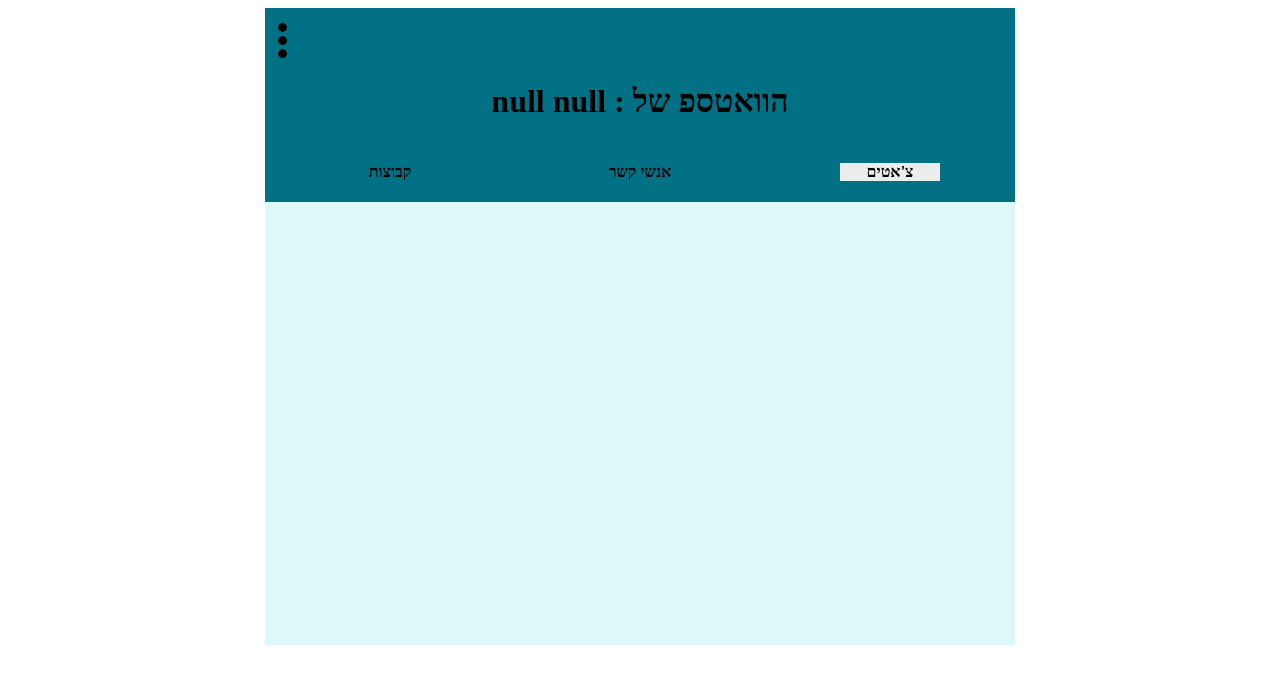
Repository: shlomoYosefi/whatsapp-spring-mongo
Page: whatsapp-client/whatsapp/whatsapp.html
These files come from the project's save history. The page is drawn as it stood at one moment and after a run of saves; the edit follows.
The browser window is 1280 px wide. The pictures show the whole page.
The page's requests for data from a server got no answer.

Above is the page before, as saved 2021-08-11 16:52:46.

### whatsapp-client/whatsapp/whatsapp.html
<!DOCTYPE html>
<html lang="en">

<head>
    <meta charset="UTF-8">
    <meta name="viewport" content="width=device-width, initial-scale=1.0">
    <meta http-equiv="X-UA-Compatible" content="ie=edge">
    <link rel="stylesheet" href="style.css">
    <title>Document</title>
</head>

<body>

    <div class="conteiner">
        <div class="myWhatsapp" >

            <div style="background-color: rgb(2, 113, 133);" >
                <div class="menu">
                    <img id="menu" onclick="menu()" src="../images/burger.png" srcset="">
                    <ul id="ul">
                        <span id="addGroupSpan" style="cursor: pointer" onclick="selectMenue(this.id)">הוסף קבוצה</span>
                    </ul>

                    <div id="addGroup">
                        <div class="nameGroup">
                            <label for="">שם קבוצה:</label>
                            <input id="nameGrup" type="text">
                        </div>
                        <button id="buttonAddGroup" onclick="addGroupName()">הוסף</button>
                    </div>

                    <div class="addUserToGroup">
                        <div id="addUserToMenu">


                        </div>
                    </div>



                </div>
                <h1 id="title" class="title"><b><u></u> </u></b></h1>
                <div class="list-select">
                    <h4 id="group" onclick="selectNav(this.id)">קבוצות</h4>
                    <h4 id="users" onclick="selectNav(this.id)">אנשי קשר</h4>
                    <h4 id="messages" onclick="selectNav(this.id)">צ'אטים</h4>
                </div>
            </div>
            <div id="content" class="content">
            </div>
            <div id="send-message" class="send-message">
                <textarea id="sendText" dir="rtl" name="" id="" cols="30" rows="10"></textarea>
                <button style="width: 99%;height: 30px;" onclick="sendMessage()">שלח</button>
            </div>
        </div>



        <script type="module" src="service.mjs"></script>
        <script src="router.js"></script>
        <script src="functionsToHtml.js"></script>

</body>

</html>

### whatsapp-client/whatsapp/style.css
.myWhatsapp{
    margin: auto;
    text-align: center;
    min-width: 500px;
    max-width: 750px;
    height: 100%;
    position: relative;
}


.title{
    /* padding-top: 30px; */
}

h4{
    cursor: pointer;
}


.content{
    direction: rtl;
    margin: auto;
    background-color: rgb(244, 248, 248);
    min-width: 500px;
    max-width: 750px;
    height: 50vh;
    background-color: rgb(220, 248, 248);
    overflow: auto;
    padding-top: 11px

    /* border: solid 1px; */
}

.menu{
    text-align: left;
    padding-top: 15px
}
#menu{
    width: 35px;
    height: 35px;
    cursor: pointer;
}
#ul{
    box-shadow: 0 4px 8px 0 rgba(0, 0, 0, 0.2), 0 6px 20px 0 rgba(0, 0, 0, 0.19);
    display: none;
    width: 130px;
    min-height: 100px;
    background-color: rgb(188, 199, 199);
    position: fixed;
}
#addGroupSpan{
    padding: 10px;
}


.addUserToGroup{
    background-color: aliceblue;
    width: 60%;
    justify-content: center;
    text-align: center;
}


#addGroup{
    box-shadow: 0 4px 8px 0 rgba(0, 0, 0, 0.2), 0 6px 20px 0 rgba(0, 0, 0, 0.19);
    position: absolute;
    width: 400px;
    height: 235px;
    background-color: rgb(231, 228, 225);
    text-align: center;
    display: none;

}

.nameGroup{
    justify-content: center;
    margin-top: 100px;
    display: flex;
    direction: rtl;
    padding-bottom: 30px;
}

.list-select{
    display: flex;
    justify-content: space-between;
    width: 80%;
    margin: auto;
}

textarea{
    min-width: 99%;
    height: 10vh;
    background-color: rgb(255, 246, 246)
}

.send-message{
    display: none;
}

.msgName{
    display: flex;
    /* padding-bottom: 10px; */
}

.wrapMessage{
    height: 70px;
    cursor: pointer;
    padding-right: 10px;


}

#spanName{
    padding-right: 20px;
    width: 70%;
    text-align: right
}


.msgText{
    width: 40%;
    text-align: right;
    padding: 15px;
}

#spanTextMsg{}

#msgText{
    padding-right: 20px;
}

.time{
    padding-right: 60px;
    display: flex;
    flex-direction: column
}

.wrapMessageMsg{
    min-height:50px ;
    cursor: pointer;
}

.msg{
    display: flex;
    padding-right: 30px;
    max-width: 290px;
    direction: rtl;
    border: solid 1px;
    border-radius: 50px;
    cursor: pointer;
}

.timeMsg{
    width: 40%;
    display: flex;
    flex-direction: column;
    padding: 15px
}
span{
    min-width: 139px;
}
h4{
    width: 100px;
}
.active{
    background-color: rgb(235, 236, 236)
}
#wrapreciver{
    direction: ltr
}
#spanreciver{
    direction: ltr
}


#reciver{
    background-color: rgb(172, 248, 128)
}

### whatsapp-client/whatsapp/service.mjs


// const urlMessages = "http://localhost:30000/messages/"
const senderId = localStorage.getItem("username")
const nameCurrentUser = localStorage.getItem("name") +" " + localStorage.getItem("lastname")

document.getElementById("title").innerHTML += `${nameCurrentUser} : הוואטספ של`


getAllMessages(senderId)

### whatsapp-client/whatsapp/router.js

var xhttp = new XMLHttpRequest();

function routerFunctions(method, url, callBack) {
    xhttp.open(method, url, true);
    xhttp.send();
    console.log("flkgfklfklfkhlf");

    xhttp.onreadystatechange = function () {
        if (this.readyState == 4 && this.status == 200) {
            console.log("request");
            if (callBack) {
                callBack(xhttp.responseText)
            }
        }
    };

}

### whatsapp-client/whatsapp/functionsToHtml.js
// import { getAllMessagesByUserService } from "./service.mjs";

const urlMessages = "http://localhost:8080/api/v1/messages/"
const urlMessagesGroup = "http://localhost:8080/api/v1/messagesGroups/"
const urlUsers = "http://localhost:8080/api/v1/users/";
const urlGroups = "http://localhost:8080/api/v1/group/"


let currentUser = localStorage.getItem("username")
let content = document.getElementById("content")
let sendText = document.getElementById("sendText")
let ul = document.getElementById("ul");
let addGroup = document.getElementById("addGroup");
let addGroupSpan = document.getElementById("addGroupSpan");


let reciver = ""
let nameGroup=""
let users = [];
let allUsers =[]
let allGroups =[]
let messages = [];
let nameUser = "";
let activeNav = ""
let nameReciver=""

selectNav("messages")




function getUsers(val) {
    if(val){
    allUsers =[]
    val = JSON.parse(val);
    for (i in val){
        if(val[i].email == currentUser)continue;
        allUsers.push(val[i])
    }
    writeToHtmlAllUsers();
}
}

function getAllGroupsValues(val){
    allGroups =[]
    val = JSON.parse(val);
    for (i in val){
        allGroups.push(val[i])
    }
    writeToHtmlAllGroups();
}





function getAllMessagesOfSender(val) {
    if(val){
    users = []
    messages = []
    const valParse = JSON.parse(val)
    for (i=valParse.length-1; i>=0; i--) {

        nameSender = ""
        if (valParse[i].receiverId == localStorage.getItem("username")) {
            nameUser = valParse[i].senderId
            nameSender = valParse[i].senderName
        }
        else if (valParse[i].senderId == localStorage.getItem("username")) {
            nameUser = valParse[i].receiverId;
            nameSender = valParse[i].reciverName
        }
        if (users.includes(nameUser)) continue;
        valParse[i].timeString = valParse[i].timeString
        if (valParse[i].text.length > 35) {
            valParse[i].text = valParse[i].text.substring(0, 25) + "  ...  "
        }
        users.push(nameUser)
        valParse[i]["name"] = nameSender

        messages.push(valParse[i])

    }
    writeToHtmlUsers();
}
}


function getAllMessagesOfGroups(val){
    messages =[]
    const valParse = JSON.parse(val)
    for (i in valParse) {
        valParse[i].timeString = valParse[i].timeString
        messages.push(valParse[i])
    }
    writeToHtmlMessages()
}




function getAllMessagesByUser(val) {
    messages = []
    const valParse = JSON.parse(val)
    for (i in valParse) {
        valParse[i].timeString = valParse[i].timeString
        messages.push(valParse[i])
    }
    writeToHtmlMessages();
}


function addGroupName(){
    let textName =document.getElementById("nameGrup").value;
    if(textName !=""){
        addGroup.style.display = "none";
        let dataJson = { "name": textName, "creator": currentUser}
        routerFunctions("POST",`${urlGroups}`,dataJson,);
    }
}


function getCliceGroup(name){
    nameGroup = name
    routerFunctions("GET",`${urlMessagesGroup}getMessagesByGroup?group=${name}`,getAllMessagesOfGroups);
    addGroupSpan.innerHTML ="הוסף חבר לקבוצה"
    addGroupSpan.id = 'addUserToGroup';

    nameReciver =""
}



function getCliceUser(userName,index) {

    routerFunctions("GET", `${urlMessages}getMessages?sender=${currentUser}&reciver=${userName}`, getAllMessagesByUser)

    reciver = userName;
    nameReciver =document.getElementById(`spanName${index}`).innerHTML
    console.log("nameeeee",nameReciver);
    document.getElementById(activeNav).className = "";
    document.getElementById("messages").className = "active"
    activeNav = "messages";

}


function sendMessage() {
    if(nameGroup !=""){
        sendMessageToGroup()
        return
    }
    valueText = sendText.value;
    if(valueText =="") return
    let dataJson = { "text": valueText, "senderId": currentUser, "receiverId": reciver }
    routerFunctions("POST", `${urlMessages}`, getAllMessagesByUser, dataJson)
    sendText.value = "";
}


function sendMessageToGroup() {
    valueText = sendText.value;
    if(valueText =="") return
    let dataJson = { "text": valueText, "senderId": currentUser, "nameGrup": nameGroup }
    routerFunctions("POST", `${urlMessagesGroup}`, getAllMessagesOfGroups, dataJson)
    sendText.value = "";
}


function getAllUsers(){
    routerFunctions("GET",`${urlUsers}`,getUsers);
}


function getAllMessages(sender){
    routerFunctions("GET",`${urlMessages}getMessagesOfSender?sender=${sender}`,getAllMessagesOfSender);
}


function getAllGroups(){
    routerFunctions("GET",`${urlGroups}?sender=${currentUser}`,getAllGroupsValues);
}

function getMessagesAfterDelete(){
    routerFunctions("GET", `${urlMessages}getMessages?sender=${currentUser}&reciver=${reciver}`, getAllMessagesByUser)
}



 function removeMessage(id , currentUser){
    console.log(currentUser,reciver);
     routerFunctions("DELETE",`${urlMessages}?id=${id}&sender=${currentUser}`,getMessagesAfterDelete);
}

function removeMessageGroup(id , currentUser , nameGroup){
    routerFunctions("DELETE",`${urlMessagesGroup}?id=${id}&sender=${currentUser}`,getAllMessagesOfGroups);
}

function addUserGroup(id){
    let dataJson = { "nameGroup": nameGroup, "userName": id, "creator": currentUser }
    routerFunctions("POST", `${urlGroups}addUser`, printResult, dataJson)
}




function selectNav(id) {
    switch (id) {

        case "messages":
                getAllMessages(currentUser)
                nameGroup =""
                addGroupSpan.id = "addGroupSpan"
                addGroupSpan.innerHTML ="הוסף קבוצה"

            break;
        case "group":
                getAllGroups()
                nameGroup =""
                addGroupSpan.id = "addGroupSpan"
                addGroupSpan.innerHTML ="הוסף קבוצה"

            break;
        case "users":
                getAllUsers()
                addGroupSpan.id = "addGroupSpan"
                addGroupSpan.innerHTML ="הוסף קבוצה"

            break;
    }
    document.getElementById("send-message").style.display = "none";
    content.style.height = "60vh";
    activeNav == "" ? "" : document.getElementById(activeNav).className = "";
    document.getElementById(id).className = "active"
    activeNav = id;
}



function deleted(id){

    const select = confirm ("אתה בטוח שברצונך למחוק את זה?")
    if(select){
        if(nameGroup !=""){
            removeMessageGroup(id,currentUser,nameGroup) ;
            return
        }
        removeMessage(`${id}`,currentUser,reciver) ;
}
}


function menu(){
    if(ul.style.display == "block"  || addGroup.style.display == "block" ) {
        ul.style.display = "none";
        addGroup.style.display = "none"
    }
    else ul.style.display = "block";
}

function selectMenue(id){
    if(addGroup.style.display = "block")addGroup.style.display = "none"
    switch(id){
        case "addGroupSpan":
            ul.style.display = "none";
            addGroup.style.display = "block"
            break;
        case "addUserToGroup" :
            document.getElementById("addUserToMenu").style.display = "block"

            dataUser()
            menu()
            break;
    }

}




function printResult(val){
    alert(val);
    return
}




var xhttp = new XMLHttpRequest();

function routerFunctions(method, url, callBack, data) {

    xhttp.open(method, url, true);
    xhttp.setRequestHeader('Content-Type', 'application/json');
    if (data != null) {

        xhttp.send(JSON.stringify(data));
    }
    else {
        xhttp.send();
        xhttp.onreadystatechange = function () {

            if (this.readyState == 4 && this.status == 200) {
                console.log(xhttp.responseText);
                if (callBack) {
                    callBack(xhttp.responseText)
                }
            }
            else if (this.readyState == 4 && this.status > 200){
                printResult(xhttp.responseText)
            }
        }
    };
}












function writeToHtmlUsers() {
    content.innerHTML = "";
    for (let i = 0; i < users.length; i++) {
        console.log(messages[i]);
        content.innerHTML += `<div class="wrapMessage">
        <div id="${users[i]}" class="${users[i]}" onclick="getCliceUser(this.id,${i})">
        <div class="msgName">
            <span id="spanName${i}" style="color:red ;padding-right: 20px;">${messages[i].receiverName}</span>
            <div class="time">
            <span id="spanHour">${messages[i].dateString}</span>
            <span id="spanHour">${messages[i].timeString}</span>
            </div>
        </div>
        <div class="msgText">
            <span id="msgText">${messages[i].text}</span>
            </div>
        </div>
        </div><hr>`
    }
}


function writeToHtmlAllUsers() {
    content.innerHTML = "";
    for (let i = 0; i < allUsers.length; i++) {
        content.innerHTML += `<div id="${allUsers[i].email}" class="wrapMessage" onclick="getCliceUser(this.id,${i})">
        <div class="${allUsers[i].email}"  >
        <div class="msgName">
            <span id="spanName${i}" >${allUsers[i].name} ${allUsers[i].lastName}</span>
            <div class="time">
            <span id="spanHour">${allUsers[i].phone}</span>
            </div>
        </div>
        </div>
        </div><hr>`
    }

}

function arrUser(val){
    allUsers =[]
    val = JSON.parse(val);
    for (i in val){
        allUsers.push(val[i])
    }
    writeHtmlToAddUser()

}


function writeToHtmlMessages() {
    content.innerHTML ="";
    let senderOrReciver =""
    content.innerHTML = `<div id="nameReciver" style="color:red; padding-right: 20px;">${nameReciver}</div>`;
    for (let i =0; i <=messages.length-1; i++) {

        messages[i].senderId == currentUser? senderOrReciver="sender": senderOrReciver = "reciver"
        content.innerHTML += `
        <div class="wrapMessageMes" id= wrap${senderOrReciver}>
        <div id="${messages[i].id}" class="${messages[i].id}" style="padding:15px" ondblclick="deleted(this.id)">

        <div class="msg"  id=${senderOrReciver} >
            <div class="msgText">
            <span id="spanTextMsg">${messages[i].text}</span>
            </div>
                <div class="timeMsg">
                    <span id="spanHour">${messages[i].dateString}</span>
                    <span id="spanTime">${messages[i].timeString}</span>
            </div>
            </div>
            </div>
        </div>`
    }

    document.getElementById("send-message").style.display = "block";
    content.style.height = "40vh";
}


function writeToHtmlAllGroups(){
    content.innerHTML = "";
    for (let i = 0; i < allGroups.length; i++) {
        content.innerHTML += `<div id="${allGroups[i].name}" class="wrapGroup" onclick="getCliceGroup(this.id)" >
        <div class="groupName" style="cursor: pointer;">
            <span id="spanName" style="font-size:30px" text-align:cebter ><b>${allGroups[i].name}</b></span>
        </div>
        </div><hr>`
    }
}

function dataUser(){
    routerFunctions("GET",`${urlUsers}getAllUsers`,arrUser);
}


function addUserToGroup(id){
    addUserGroup(id.split("addUser")[1])
    document.getElementById("addUserToMenu").style.display = "none"

}


 function writeHtmlToAddUser(){
   let htmlAddUser = document.getElementById("addUserToMenu")
    for (let i = 0; i < allUsers.length; i++) {
    htmlAddUser.innerHTML += `<span id="addUser${allUsers[i].email}" class="wrapMessage" onclick="addUserToGroup(this.id)">
        ${allUsers[i].name} ${allUsers[i].lastname}
        <span id="spanHour">${allUsers[i].phone}</span>
    <hr>`
}
}

After the next 2 saves:
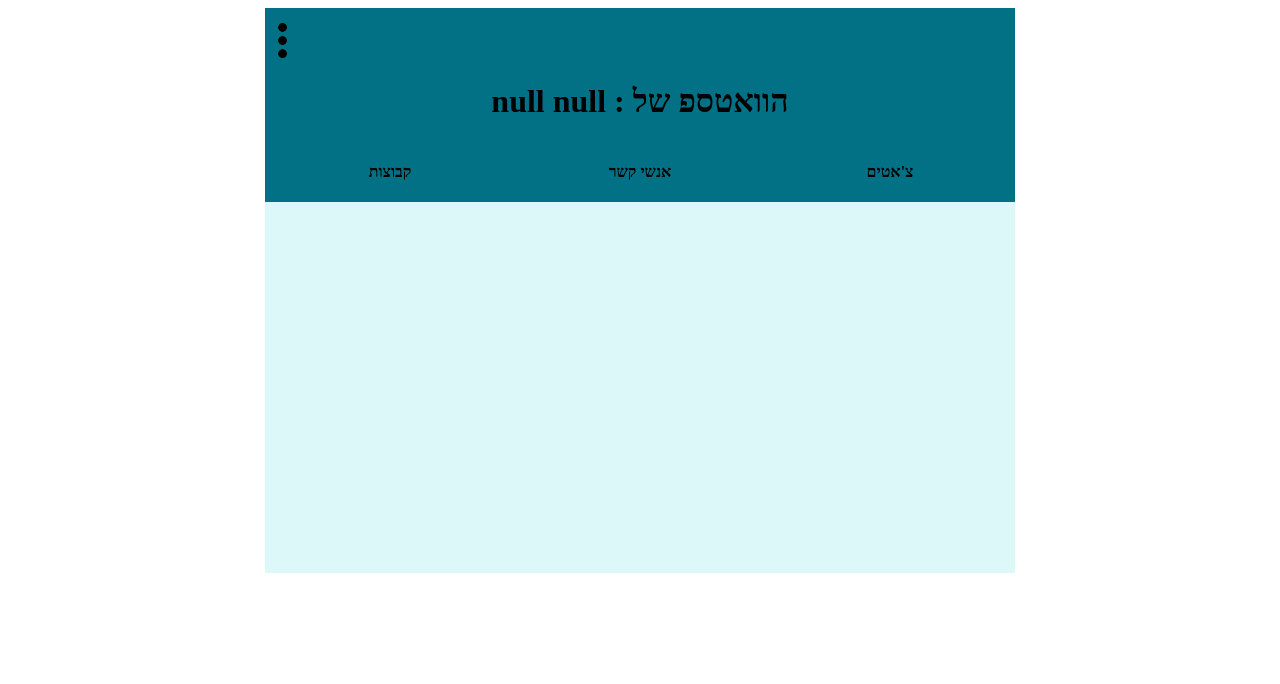
Console error: SyntaxError: Unexpected token ','
The 2 saves are shown as one change because they came seconds apart.
The last was saved 6 s later.
--- a/whatsapp-client/whatsapp/functionsToHtml.js
+++ b/whatsapp-client/whatsapp/functionsToHtml.js
@@ -115,7 +115,7 @@
     if(textName !=""){
         addGroup.style.display = "none";
         let dataJson = { "name": textName, "creator": currentUser}
-        routerFunctions("POST",`${urlGroups}`,dataJson,);
+        routerFunctions("POST",`${urlGroups}`,,dataJson);
     }
 }
 

After the save that followed:
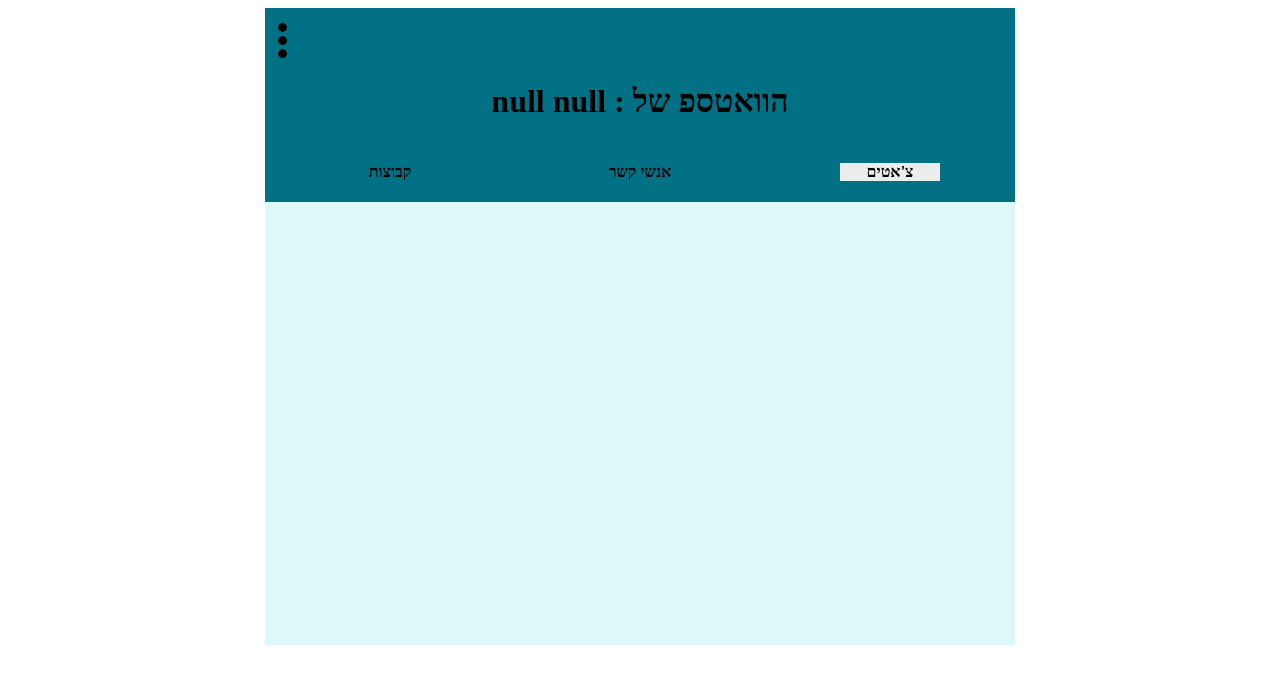
The error is gone.
Saved 4 s later.
--- a/whatsapp-client/whatsapp/functionsToHtml.js
+++ b/whatsapp-client/whatsapp/functionsToHtml.js
@@ -115,7 +115,7 @@
     if(textName !=""){
         addGroup.style.display = "none";
         let dataJson = { "name": textName, "creator": currentUser}
-        routerFunctions("POST",`${urlGroups}`,,dataJson);
+        routerFunctions("POST",`${urlGroups}`,GET,dataJson);
     }
 }
 
